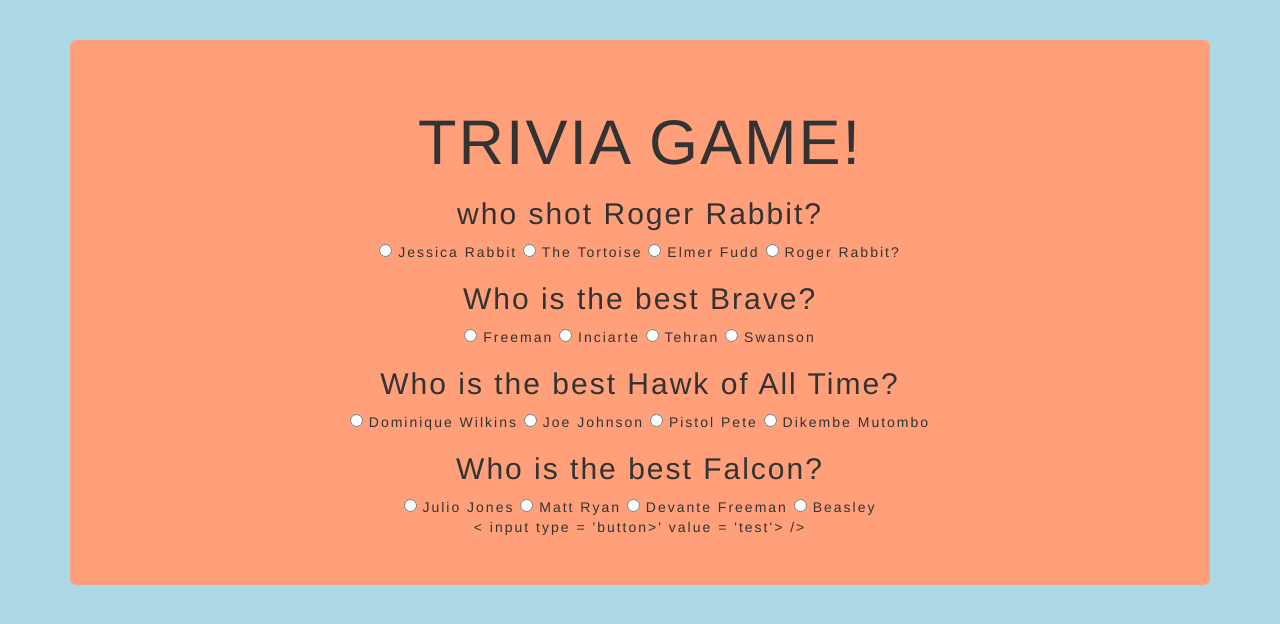
Repository: phiniezyc/TriviaGame
Page: index.html
The author's editor kept a copy of each file at every save. The page is drawn from the files as they stood at one save, then again after the next save.
The browser window is 1280 px wide. The pictures show the whole page.
After loading, the first visible `#startGameButton` was clicked once.
Some web libraries are served in a nearby version.

Above is the page before, as saved 2017-09-14 00:48:45.

After the next save:
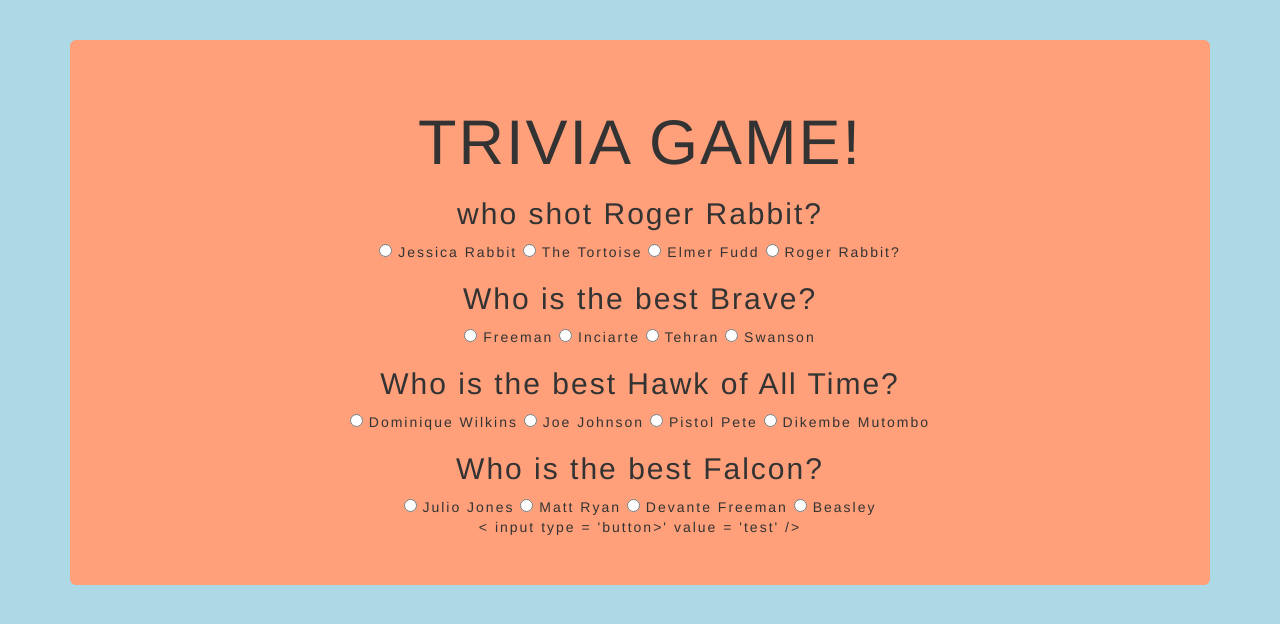
Saved 22 s later.
--- a/assets/javascript/app.js
+++ b/assets/javascript/app.js
@@ -7,7 +7,7 @@
             $("#questionSection").append("<input type = 'radio' name= 'questionsToAsk" + i + " 'value' " + questions[i].answers[j] + "'>" + questions[i].answers[j])
         }
     }
-    $("#questionSection").after("< input type = 'button>' value = 'test'> />");
+    $("#questionSection").after("< input type = 'button>' value = 'test' />");
 });
 
 var questions = [{
